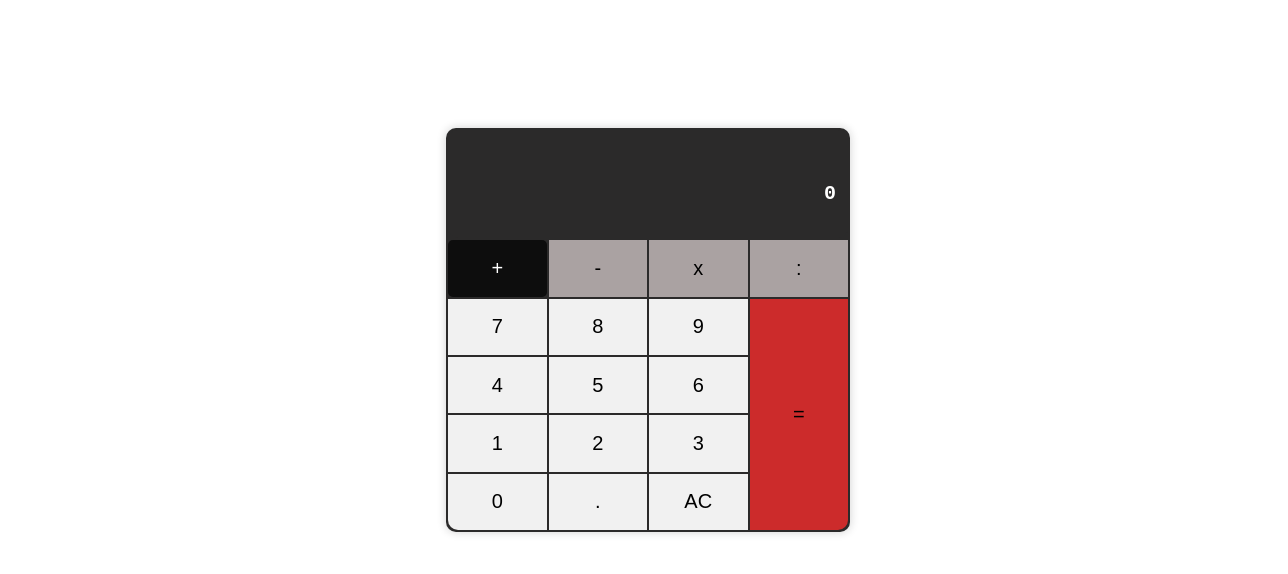
Repository: CryptoFamilyNFT/develhope
Page: css/Grid 2/calculator.html
The author's editor kept a copy of each file at every save. The page is drawn from the files as they stood at one save, then again after the next save.
The browser window is 1280 px wide. The page is 1288 px wide, so the pictures cover 1288 px, including what lies to the right of the window. The pictures show the whole page.
The first visible `button` is being pressed.

Above is the page before, as saved 2024-11-18 09:52:48.

### css/Grid 2/calculator.html
<!DOCTYPE html>
<html lang="en">

<head>
    <meta charset="UTF-8">
    <meta name="viewport" content="width=device-width, initial-scale=1.0">
    <title>Document</title>
    <link rel="stylesheet" href="calculator.css">
</head>

<body>
    <div class="container box-shadow border-br-10 border-bl-10">
        <div class="result span-4">
            0
        </div>
        <button id="operator" class="button span-1 operator">+</button>
        <button id="operator" class="button span-1 operator">-</button>
        <button id="operator" class="button span-1 operator">x</button>
        <button id="operator" class="button span-1 operator">:</button>
        <button class="button span-1">7</button>
        <button class="button span-1">8</button>
        <button class="button span-1">9</button>
        <button id="equal" class="button span-1 row-4 border-br-10">=</button>
        <button class="button span-1">4</button>
        <button class="button span-1">5</button>
        <button class="button span-1">6</button>
        <button class="button span-1">1</button>
        <button class="button span-1">2</button>
        <button class="button span-1">3</button>
        <button class="button span-1 border-bl-10">0</button>
        <button class="button span-1">.</button>
        <button class="button span-1">AC</button>
    </div>
</body>

</html>

### css/Grid 2/calculator.css
body {
    width: 100%;
    height: 100%;
    margin-top: 10%;
    display: flex;
    justify-content: center;
    align-items: center;
}

.container {
    height: 400px;
    width: 400px;
    display: grid;
    grid-template-columns: repeat(4, 1fr);
    border: 2px solid transparent;
    border-top-left-radius: 10px;
    border-top-right-radius: 10px;
    border-bottom-left-radius: 2px;
    border-bottom-right-radius: 2px;
    background-color: #2b2a2a;
    gap: 2px;
}

.result {
    display: flex;
    border: none;
    background-color: #2b2a2a;
    font-size: 20px;
    cursor: pointer;
    justify-content: flex-end;
    padding-right: 10px;
    padding-top: 50px;
    color: white;
    font-family: 'Courier New', Courier, monospace;
    font-weight: bold;
    border: 2px solid transparent;
    border-radius: 10px;
}

.span-1 {
    grid-column: span 1;
}


.span-2 {
    grid-column: span 2;
}

.span-3 {
    grid-column: span 3;
}

.span-4 {
    grid-column: span 4;
}

.row-4 {
    grid-row: span 4;
}

.border-bl-5 {
    border-bottom-left-radius: 5px;
}

.border-br-5 {
    border-bottom-right-radius: 5px;
}

.border-bl-10 {
    border-bottom-left-radius: 10px;
}

.border-br-10 {
    border-bottom-right-radius: 10px;
}

.box-shadow {
    box-shadow: 0 0 10px 0 rgba(24, 23, 23, 0.2);
}

.operator {
    background-color: #aaa2a2;
}

button {
    border: none;
    background-color: #f1f1f1;
    font-size: 20px;
    cursor: pointer;
}

button[id="equal"] {
    background-color: #cc2b2b;
}

button:not([id="equal"]):hover {
    background-color: #d5d1d1;
    border-radius: 5px;
}

button[id="equal"]:hover {
    background-color: #d93030;
}

button[id="operator"]:hover {
    background-color: #2b2a2a;
    color: white;
}

button:active:not([id="equal"]) {
    animation: text-scale 0.5s;
    background-color: #0d0d0d;
    color: white;
}

button:focus {
    outline: none;
}

@keyframes text-scale {
    0% {
        transform: scale(1);
    }

    50% {
        transform: scale(1.1);
    }

    100% {
        transform: scale(1);
    }
}

After the next save:
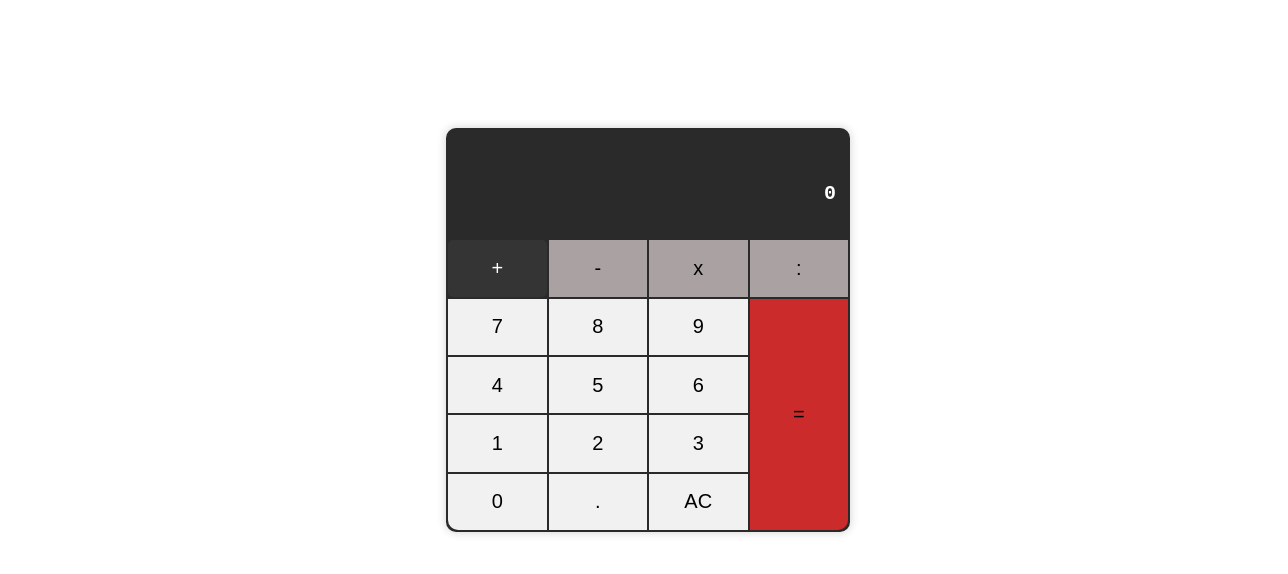
Saved 32 s later.
--- a/css/Grid 2/calculator.css
+++ b/css/Grid 2/calculator.css
@@ -109,7 +109,7 @@ button[id="operator"]:hover {
 
 button:active:not([id="equal"]) {
     animation: text-scale 0.5s;
-    background-color: #0d0d0d;
+    background-color: #343434;
     color: white;
 }
 
